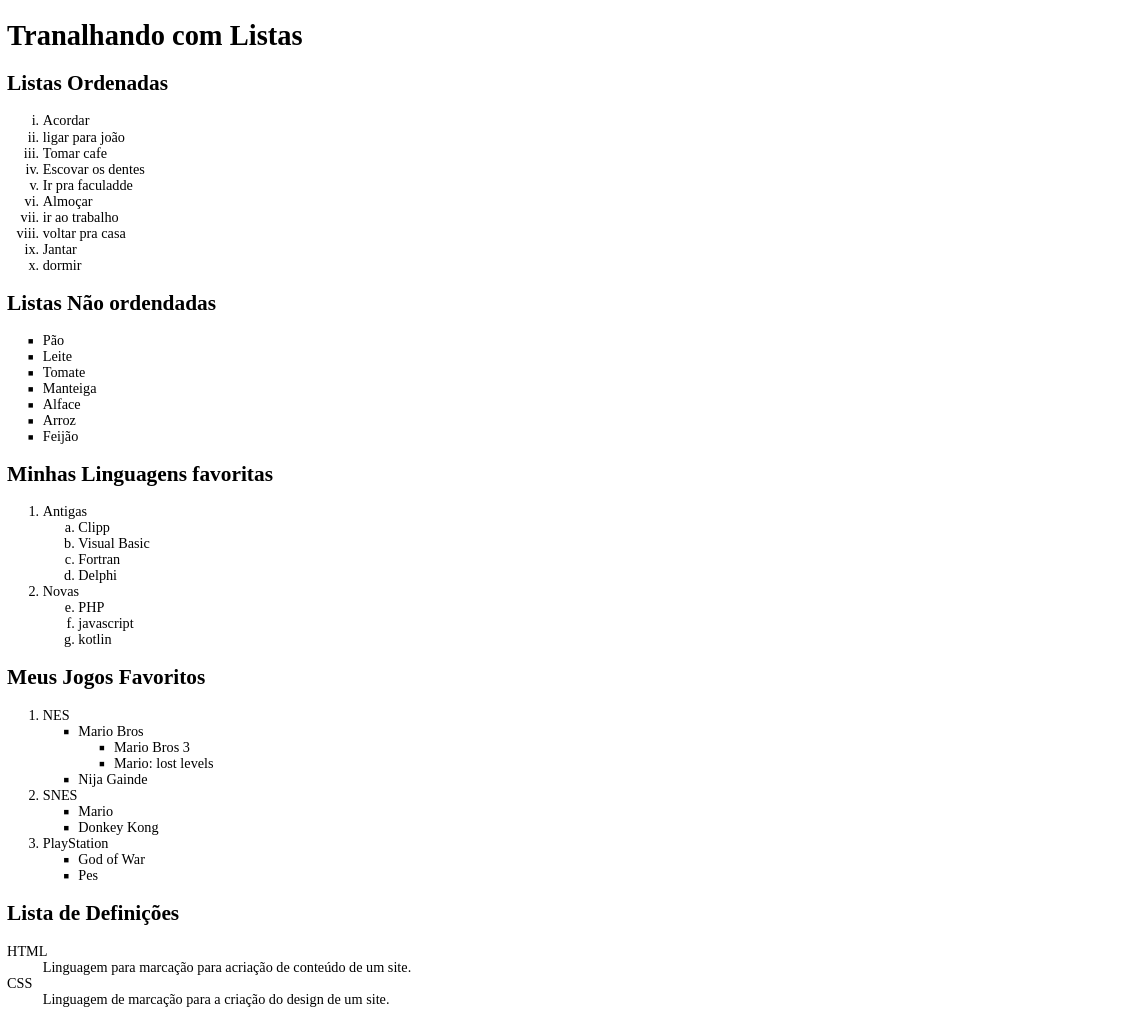
Repository: pheonix5/Estudo
Page: html-css/exercicios/ex009/index.html
An editor plug-in stored every save of this project. The page is shown before and after the next save, followed by the edit.
The browser window is 1280 px wide. The pictures show the whole page, at 89% of full size.

Above is the page before, as saved 2023-08-01 22:44:54.

After the next save:
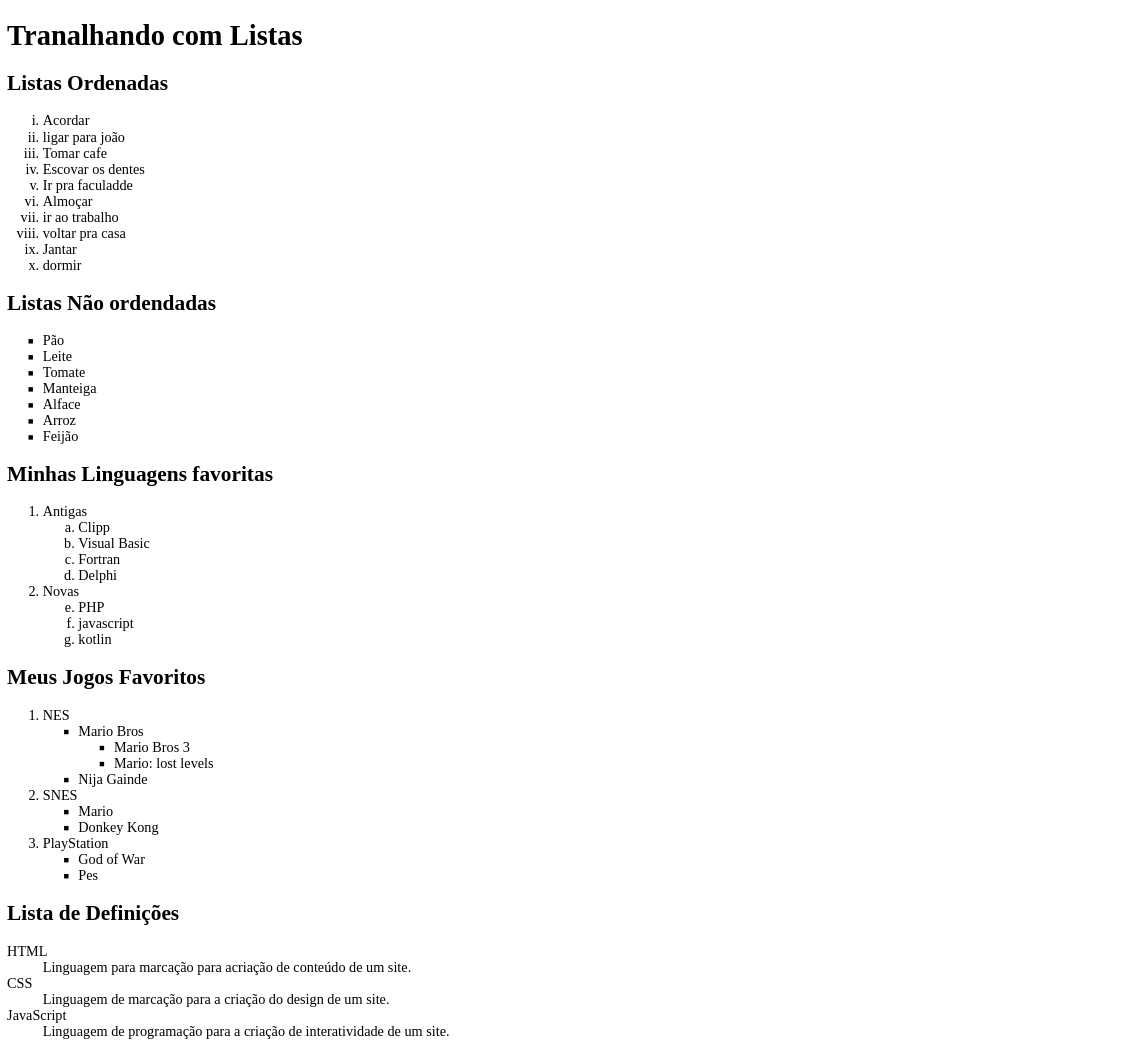
Saved 77 s later.
--- a/html-css/exercicios/ex009/index.html
+++ b/html-css/exercicios/ex009/index.html
@@ -81,5 +81,7 @@
         <dd>Linguagem para marcação para acriação de conteúdo de um site.</dd>
         <dt>CSS</dt>
         <dd>Linguagem de marcação para a criação do design de um site.</dd>
+        <dt>JavaScript</dt>
+        <dd>Linguagem de programação para a criação de interatividade de um site.</dd>
     </dl>
 </html>
